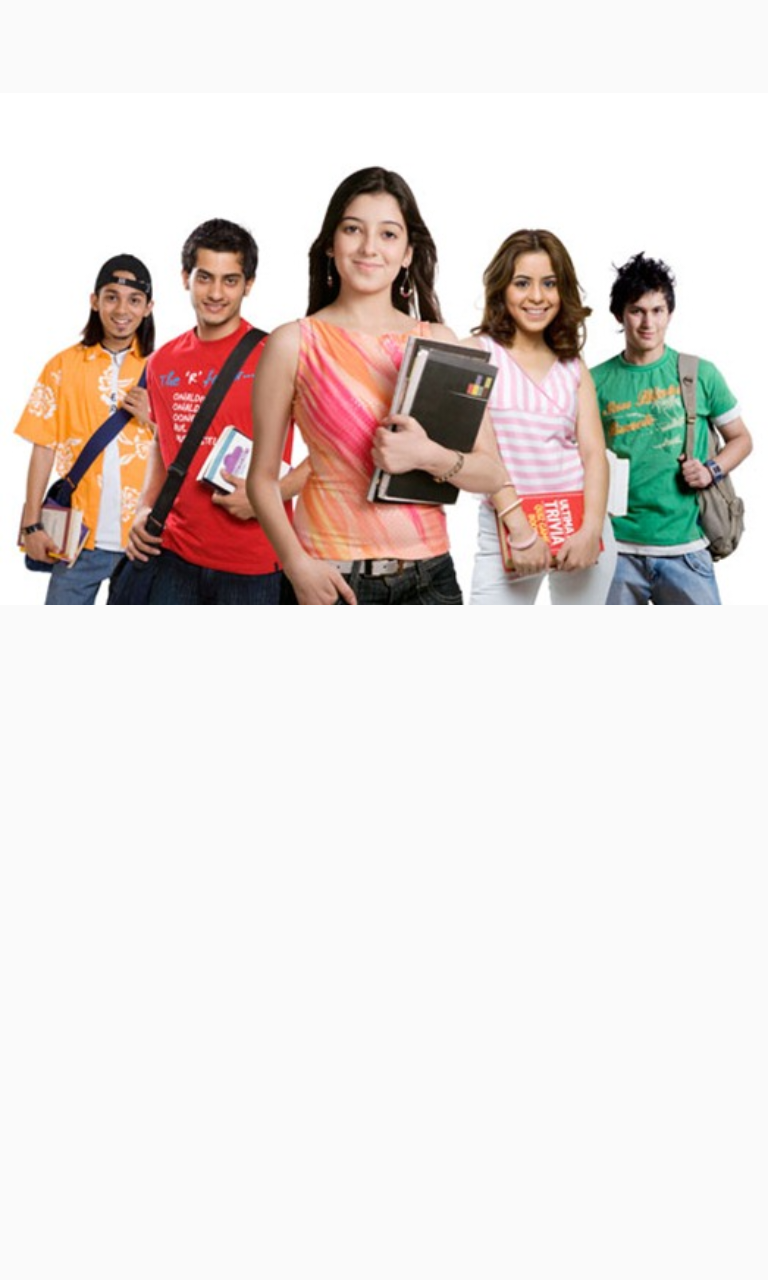
Repository: jaspreetbtech/androidsplashscreen
Layout: Classroom/res/layout/activity_splash_screen.xml
The author's editor kept a copy of each file at every save. The layout is drawn from the files as they stood at one save, then again after the next save.
It is drawn on a 768 x 1280 px phone screen (xhdpi) without system bars, with theme AppTheme; the app's code is not run.

Above is the layout before, as saved 2015-01-28 18:09:02.

### Classroom/res/layout/activity_splash_screen.xml
<RelativeLayout xmlns:android="http://schemas.android.com/apk/res/android"
    xmlns:tools="http://schemas.android.com/tools"
    android:layout_width="match_parent"
    android:layout_height="match_parent"
    tools:context="${relativePackage}.${activityClass}" >

    <ImageView
        android:layout_width="wrap_content"
        android:layout_height="wrap_content"
        android:layout_alignParentTop="true"
        android:src="@drawable/college_students"
         />

</RelativeLayout>

Loaded but not shown: Classroom/res/values/styles.xml (common file); Classroom/res/values-v11/styles.xml (common file); Classroom/res/values-v14/styles.xml (common file)

After the next save:
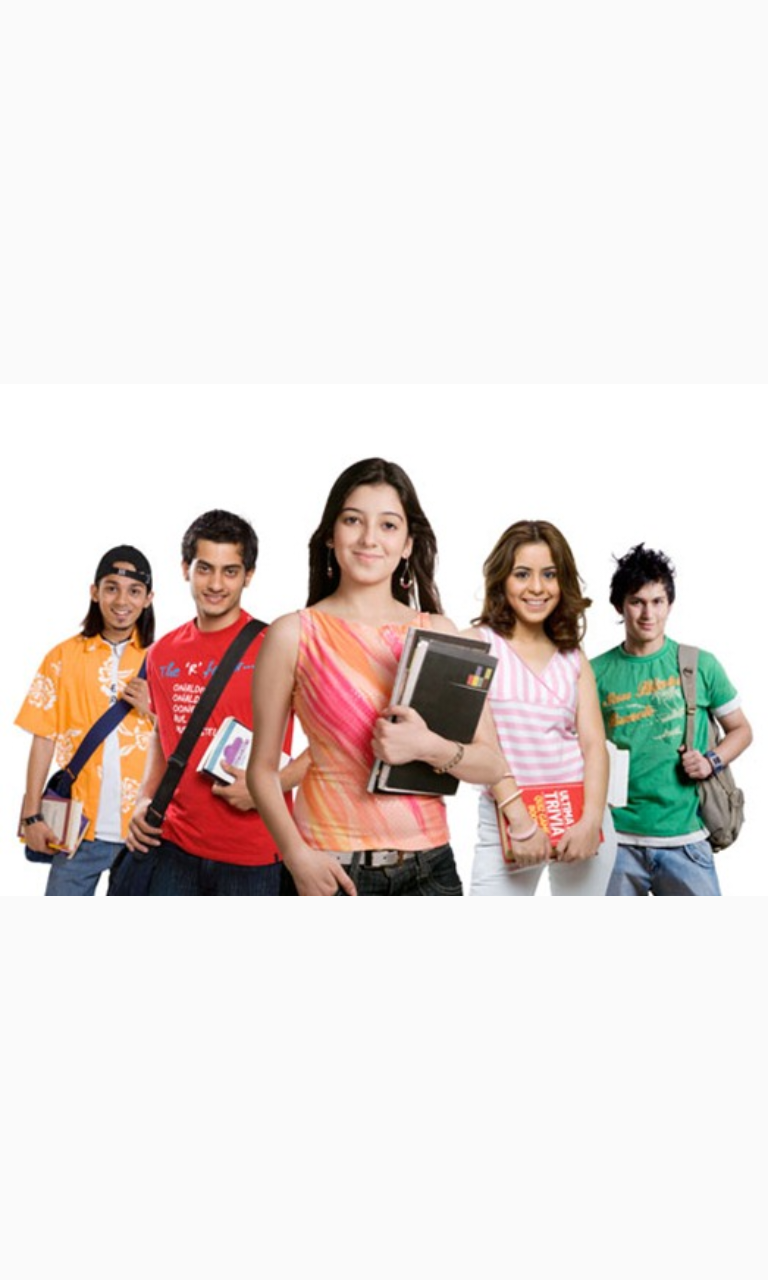
Saved 9 s later.
--- a/Classroom/res/layout/activity_splash_screen.xml
+++ b/Classroom/res/layout/activity_splash_screen.xml
@@ -5,8 +5,8 @@
     tools:context="${relativePackage}.${activityClass}" >
 
     <ImageView
-        android:layout_width="wrap_content"
-        android:layout_height="wrap_content"
+        android:layout_width="fill_parent"
+        android:layout_height="fill_parent"
         android:layout_alignParentTop="true"
         android:src="@drawable/college_students"
          />
